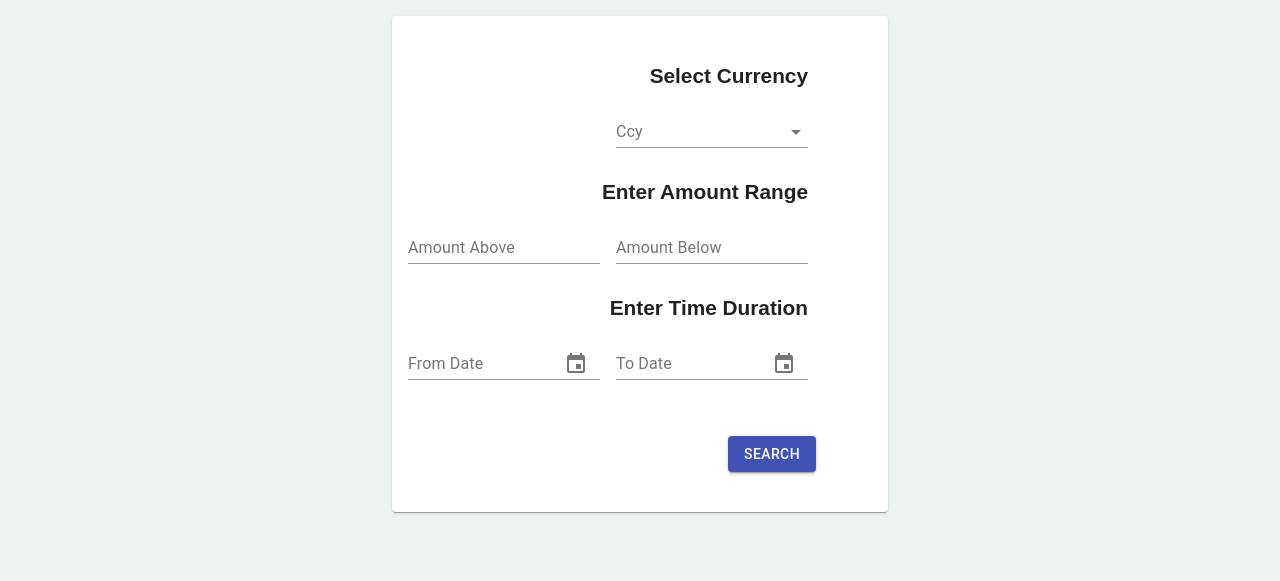
Repository: AmanullaChishty/filter
Page: /
An editor plug-in stored every save of this project. The page is shown before and after the next save, followed by the edit.
The browser window is 1280 px wide. The pictures show the whole page.
The project was rebuilt for these pictures with package versions that can differ from the ones it lists, and the page was loaded fresh each time.

Above is the page before, as saved 2020-01-26 22:01:49.

After the next save:
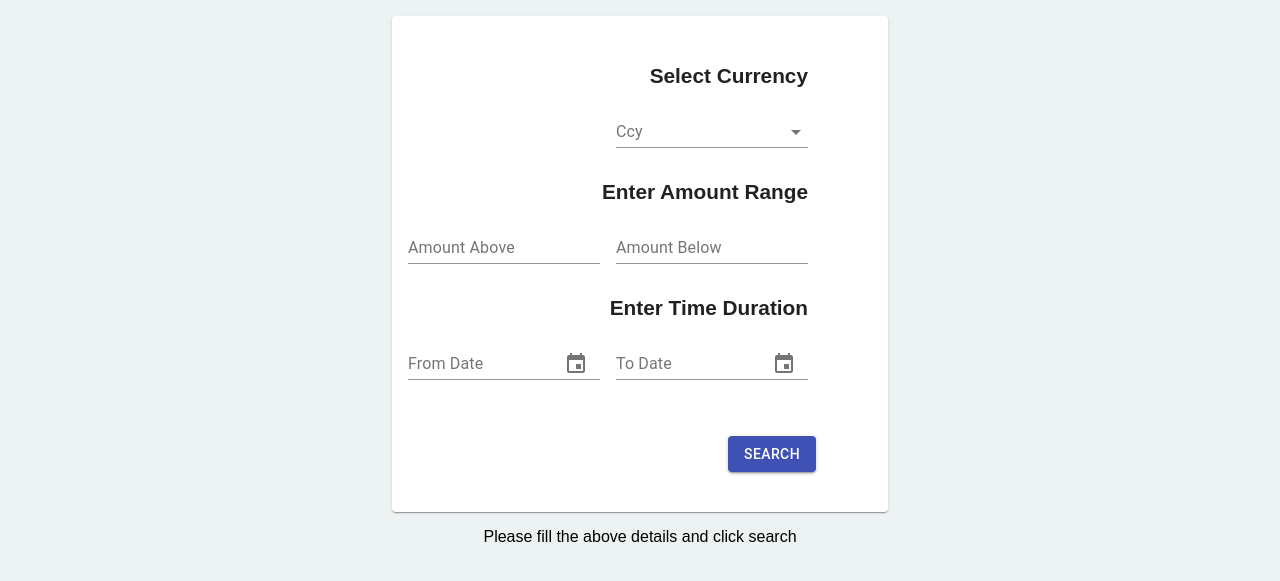
Saved 2 min 7 s later.
--- a/src/gridList.js
+++ b/src/gridList.js
@@ -58,7 +58,7 @@ class GridList extends Component {
             columns={headers}
             options={options}
 
-          />):null}
+          />):'Please fill the above details and click search'}
      </div>
     );
   }
